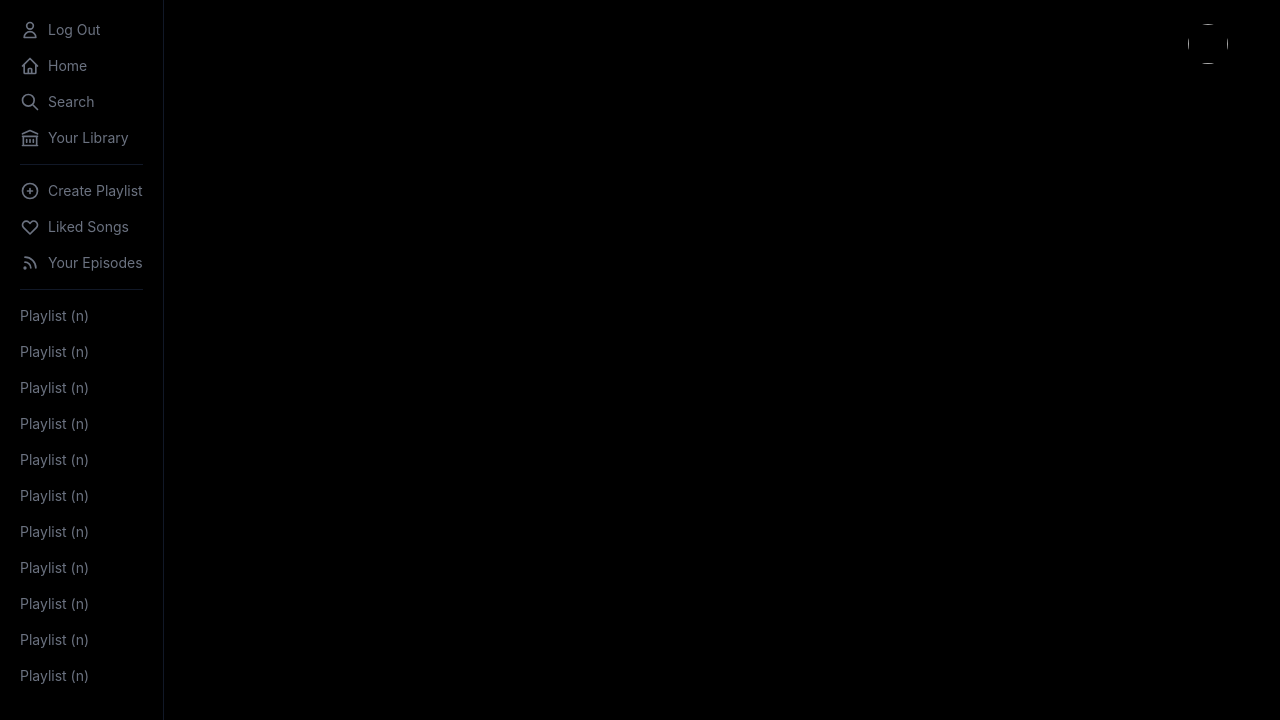
Repository: Delos-343/Spotify-2.0
Page: /
These files come from the project's save history. The page is drawn as it stood at one moment and after the next save; the edit follows.
The browser window is 1280 px wide. The pictures show the whole page.
The page's requests for data from a server got no answer. The project was rebuilt for these pictures with package versions that can differ from the ones it lists, and the page was loaded fresh each time. The framework's server and built-in components were replaced by stand-ins that run in the browser. No one was signed in, and anything a server would have sent is missing. Also part of the build but not shown: next.config.js.

Above is the page before, as saved 2022-04-11 20:44:27.

### pages/_app.js
import '../styles/globals.css'
import { SessionProvider } from 'next-auth/react'

function MyApp({ Component, pageProps: {session, ...pageProps} }) {
  return (
    <SessionProvider session={session}>
      <Component {...pageProps} />
    </SessionProvider>
  )
}

export default MyApp

### pages/index.js
import Head from 'next/head'
import Center from '../components/Center'
import Sidebar from '../components/Sidebar'

export default function Home() {
  return (
    <div className='bg-black h-screen overflow-hidden'>
      <Head>
        <title>Spotify 2.0 (Clone)</title>
        <meta name="description" content="Generated by create next app" />
        <link rel="icon" href="/favicon.ico" />
      </Head>

      <main className='flex'>
        <Sidebar />
        <Center />
      </main>

      <div> {/*   Player    */} </div>
    </div>
  )
}

### components/Center.jsx
import React from 'react'
import { useSession } from 'next-auth/react'

function Center() {

    const { data: session, status } = useSession()

  return (
    <div className='flex flex-grow'>
        <header className='absolute top-5 right-8'>
            <div className='flex items-center bg-black space-x-3 opacity-90 hover:opacity-80 cursor-pointer rounded-full p-1 pr-2'>
                <img className='rounded-full w-10 h-10' src={session?.user.image} alt='' />
                <h2>{session?.user.name}</h2>
            </div>
        </header>
        <section className='flex items-end space-x-7 bg-gradient-to-b to-black from-red-500'>
            {/* <img src='' alt='' /> */}
        </section>
    </div>
  )
}

export default Center

### components/Sidebar.jsx
import React from 'react'
import { UserIcon, HomeIcon, SearchIcon, LibraryIcon, PlusCircleIcon, HeartIcon, RssIcon } from '@heroicons/react/outline'
import { signOut, useSession } from 'next-auth/react'

function Sidebar() {

    const { data: session, status } = useSession()

    console.log(session)

  return (
    <div className='text-gray-500 p-5 text-sm border-r border-gray-900 overflow-y-scroll scrollbar-hide h-screen'>
        <div className='space-y-4'>
        <button className='flex items-center space-x-2 hover:text-white' onClick={ () => signOut() }>
                <UserIcon className='h-5 w-5' />
                <p> Log Out </p>
            </button>
            <button className='flex items-center space-x-2 hover:text-white'>
                <HomeIcon className='h-5 w-5' />
                <p> Home </p>
            </button>
            <button className='flex items-center space-x-2 hover:text-white'>
                <SearchIcon className='h-5 w-5' />
                <p> Search </p>
            </button>
            <button className='flex items-center space-x-2 hover:text-white'>
                <LibraryIcon className='h-5 w-5' />
                <p> Your Library </p>
            </button>

            <hr className='border-t-[0.1px] border-gray-900' />

            <button className='flex items-center space-x-2 hover:text-white'>
                <PlusCircleIcon className='h-5 w-5' />
                <p> Create Playlist </p>
            </button>
            <button className='flex items-center space-x-2 hover:text-white'>
                <HeartIcon className='h-5 w-5' />
                <p> Liked Songs </p>
            </button>
            <button className='flex items-center space-x-2 hover:text-white'>
                <RssIcon className='h-5 w-5' />
                <p> Your Episodes </p>
            </button>

            <hr className='border-t-[0.1px] border-gray-900' />

            {/*     Playlist     */}
            <p className='cursor-pointer hover:text-white'> Playlist (n) </p>
            <p className='cursor-pointer hover:text-white'> Playlist (n) </p>
            <p className='cursor-pointer hover:text-white'> Playlist (n) </p>
            <p className='cursor-pointer hover:text-white'> Playlist (n) </p>
            <p className='cursor-pointer hover:text-white'> Playlist (n) </p>
            <p className='cursor-pointer hover:text-white'> Playlist (n) </p>
            <p className='cursor-pointer hover:text-white'> Playlist (n) </p>
            <p className='cursor-pointer hover:text-white'> Playlist (n) </p>
            <p className='cursor-pointer hover:text-white'> Playlist (n) </p>
            <p className='cursor-pointer hover:text-white'> Playlist (n) </p>
            <p className='cursor-pointer hover:text-white'> Playlist (n) </p>

        </div>
    </div>
  )
}

export default Sidebar

### tailwind.config.js
module.exports = {
  content: [
    "./pages/**/*.{js,ts,jsx,tsx}",
    "./components/**/*.{js,ts,jsx,tsx}",
  ],
  theme: {
    extend: {},
  },
  plugins: [
    require('tailwind-scrollbar-hide')
  ],
}

Loaded but not shown: styles/globals.css (common file)

After the next save:
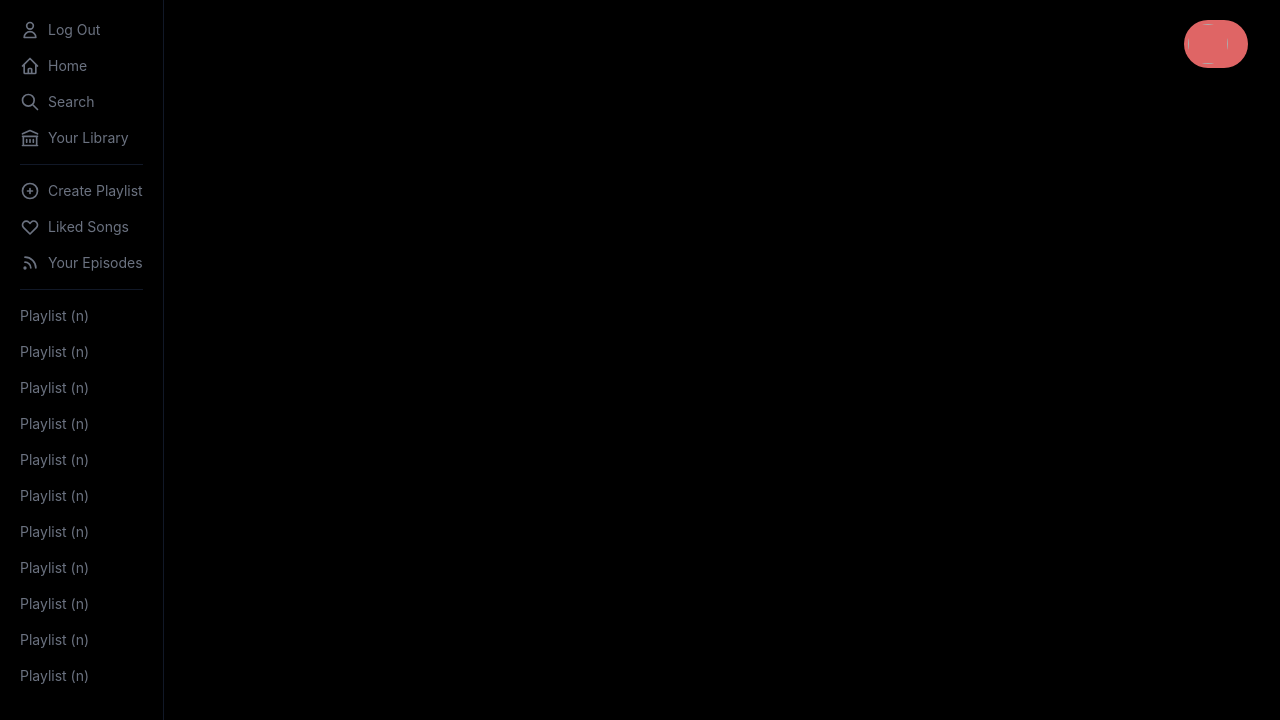
Saved 47 s later.
--- a/components/Center.jsx
+++ b/components/Center.jsx
@@ -8,7 +8,7 @@ function Center() {
   return (
     <div className='flex flex-grow'>
         <header className='absolute top-5 right-8'>
-            <div className='flex items-center bg-black space-x-3 opacity-90 hover:opacity-80 cursor-pointer rounded-full p-1 pr-2'>
+            <div className='flex items-center bg-red-400 space-x-3 opacity-90 hover:opacity-80 cursor-pointer rounded-full p-1 pr-2'>
                 <img className='rounded-full w-10 h-10' src={session?.user.image} alt='' />
                 <h2>{session?.user.name}</h2>
             </div>
